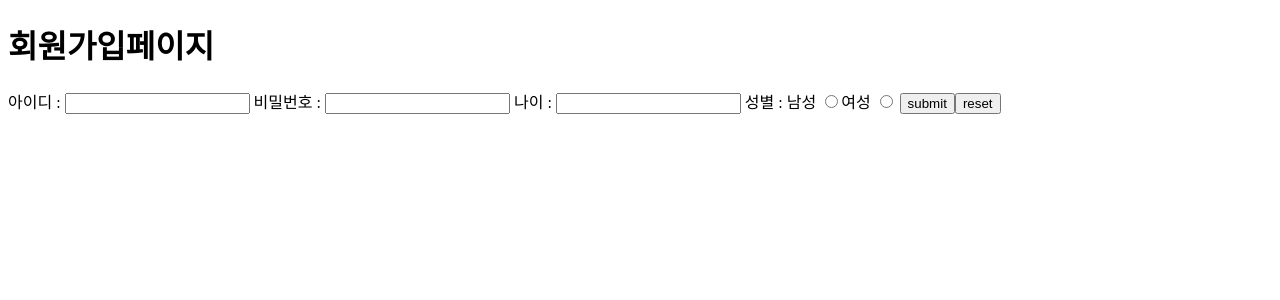
Repository: emthrology/servertest
Page: http://localhost/practices/views/member/join.jsp
An editor plug-in stored every save of this project. The page is shown before and after the next save, followed by the edit.
The browser window is 1280 px wide. The pictures show the whole page.
The page is served by Tomcat 9.

Above is the page before, as saved 2019-05-17 02:06:02.

After the next save:
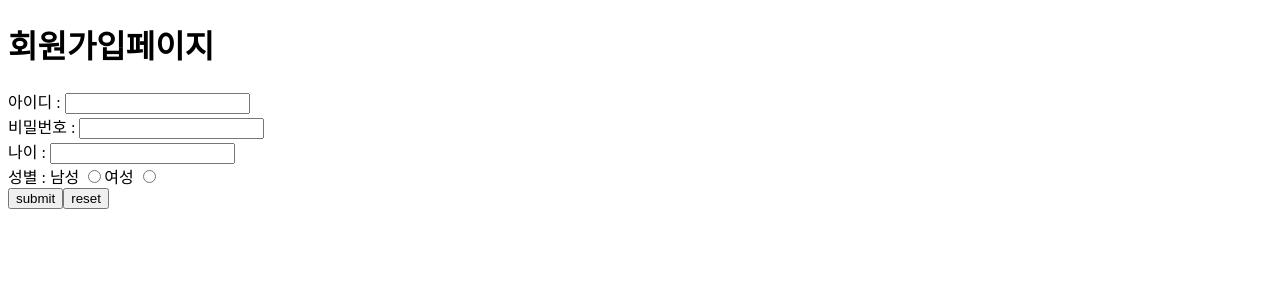
Saved 2 min 23 s later.
--- a/apache/practices/WebContent/views/member/join.jsp
+++ b/apache/practices/WebContent/views/member/join.jsp
@@ -9,10 +9,10 @@
 <body>
 	<h1>회원가입페이지</h1>
 	<form action="/join" method="post">
-		아이디 : <input type="text" name="memberId">
-		비밀번호 : <input type="text" name="memberPw">
-		나이 : <input type="text" name="age">
-		성별 : 남성 <input type="radio" name="sex" value="1" >여성 <input type="radio" name="sex" value="2" >
+		아이디 : <input type="text" name="memberId"><br>
+		비밀번호 : <input type="text" name="memberPw"><br>
+		나이 : <input type="text" name="age"><br>
+		성별 : 남성 <input type="radio" name="sex" value="1" >여성 <input type="radio" name="sex" value="2" ><br>
 		<input type="submit" value="submit"><input type="reset" value="reset">
 	</form>
 </body>
